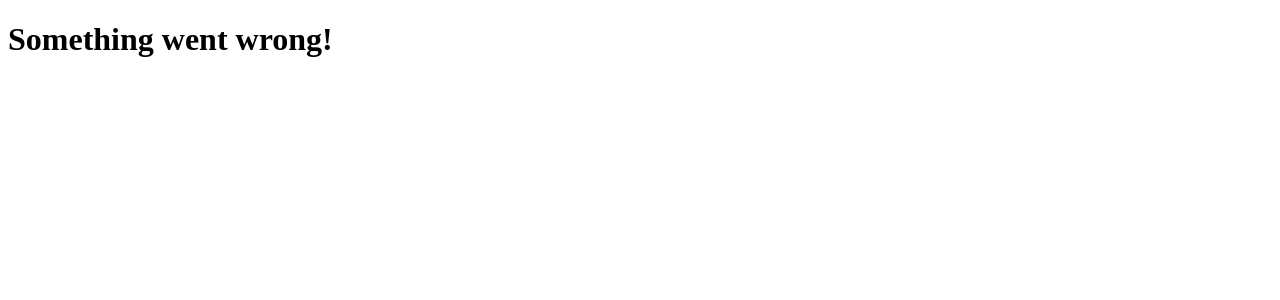
Repository: seleco29/Random-Team-Matcher-Servlet-Jsp
Page: http://localhost/Random_Team_Matcher_v2.0/error.jsp
The author's editor kept a copy of each file at every save. The page is drawn from the files as they stood at one save, then again after the next save.
The browser window is 1280 px wide. The pictures show the whole page.
The page is served by Tomcat 9. Other server files are loaded and not shown.

Above is the page before, as saved 2023-01-19 10:38:35.

### Random Team Matcher v2.0/src/main/webapp/error.jsp
<%@ page language="java" contentType="text/html; charset=UTF-8"
    pageEncoding="UTF-8"%>
<!DOCTYPE html>
<html>
<head>
<meta charset="UTF-8">
<title>Error Page</title>
</head>
<body>
<h1>Something went wrong!</h1>
</body>
</html>

After the next save:
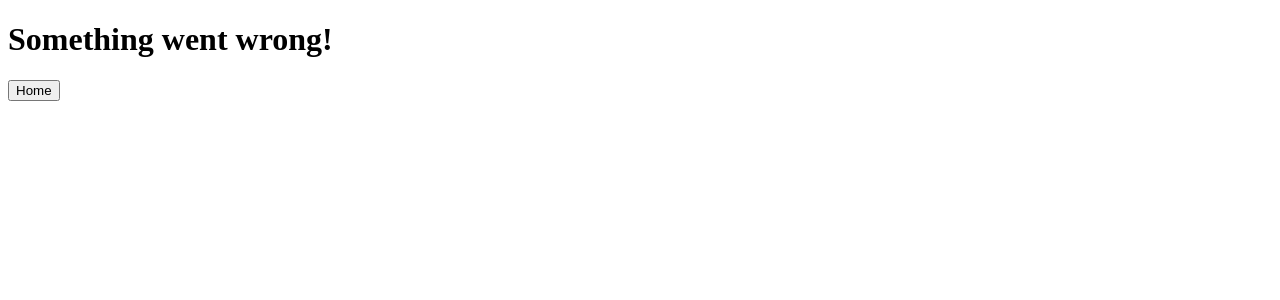
Saved 2 min 8 s later.
--- a/Random Team Matcher v2.0/src/main/webapp/error.jsp
+++ b/Random Team Matcher v2.0/src/main/webapp/error.jsp
@@ -8,5 +8,8 @@
 </head>
 <body>
 <h1>Something went wrong!</h1>
+<form action="<%=request.getContextPath()%>/home" method="get">
+<input type="submit" value="Home">
+</form>
 </body>
 </html>
